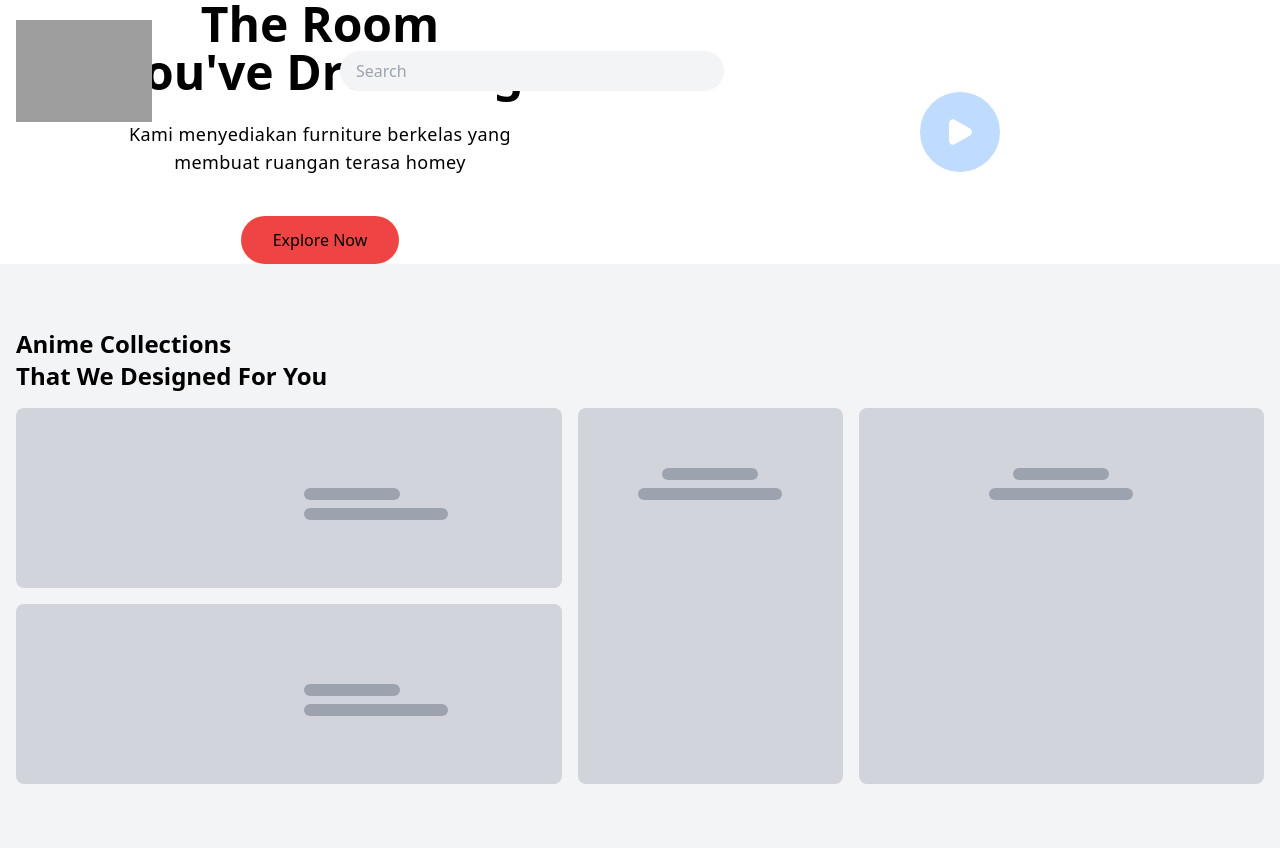
Repository: farrelmuhammad/anime-collections
Page: /
The author's editor kept a copy of each file at every save. The page is drawn from the files as they stood at one save, then again after the next save.
The browser window is 1280 px wide. The pictures show the whole page.
Pictures or frames that could not be fetched are drawn as grey boxes. The page's requests for data from a server got no answer. The project was rebuilt for these pictures with package versions that can differ from the ones it lists, and the page was loaded fresh each time. No one was signed in, and anything a server would have sent is missing. Also part of the build but not shown: src/App.css.

Above is the page before, as saved 2023-08-03 23:59:47.

### src/index.tsx
import React from 'react';
import ReactDOM from 'react-dom/client';
import "./assets/css/app.css";
import App from './App';
import reportWebVitals from './reportWebVitals';
import { BrowserRouter } from 'react-router-dom';

const root = ReactDOM.createRoot(
  document.getElementById('root') as HTMLElement
);
root.render(
  <React.StrictMode>
    <BrowserRouter>
      <App />
    </BrowserRouter>
  </React.StrictMode>
);

// If you want to start measuring performance in your app, pass a function
// to log results (for example: reportWebVitals(console.log))
// or send to an analytics endpoint. Learn more: https://bit.ly/CRA-vitals
reportWebVitals();

### src/assets/css/app.css
@import url("https://fonts.googleapis.com/css2?family=Open+Sans:wght@300;400;600&display=swap");
@tailwind base;
@tailwind components;
@tailwind utilities;

/* body {
  background-color: #16181f;
} */

/* utils */

.grid {
  grid-auto-flow: row dense;
  grid-auto-rows: minmax(180px, auto);
}

.stretched-link {
  @apply absolute inset-0 z-10;
}

/* card */

.card .card-shadow {
  @apply transition duration-300 shadow-none h-full;
}

.card:hover .card-shadow {
  @apply shadow-lg;
}

/* overlay */

.overlay {
  @apply absolute;
}

.overlay * {
  @apply transition-all duration-200;
}

.overlay.hoverable > * {
  @apply opacity-0;
}

.overlay.hoverable:hover > * {
  @apply opacity-100;
}

.overlay .video {
  @apply absolute transform bg-blue-200 bg-no-repeat bg-center w-20 h-20 rounded-full items-center justify-center flex -translate-x-1/2 -translate-y-1/2;
  background-image: url("../images/content/icon-play.svg#icon-play");
  top: 50%;
  left: 50%;
}

@media only screen and (max-width: 768px) {
  .hero .hero-image,
  .hero .hero-caption {
    min-height: 90vh;
  }
  .hero .hero-cta {
    @apply w-12 h-12;
    transform: translateX(-75px) translateY(-50%);
    background-size: 37.5%;
  }
}

/* breadcrumb */

ul.breadcrumb {
  @apply flex flex-row items-center text-lg;
}

ul.breadcrumb li:not(:last-child):after {
  content: "/";
  @apply px-4;
}

ul.breadcrumb li:not(:last-child) a {
  @apply font-light;
}

ul.breadcrumb li:last-child a {
  @apply font-semibold;
}

/* slider */

.slider {
  @apply flex my-4 flex-col;
}

.slider .thumbnail {
  @apply w-screen order-last -mx-2 overflow-auto flex pl-4;
}

.slider .thumbnail .item {
  @apply rounded relative rounded-lg mb-4 cursor-pointer;
  width: 106px;
  height: 106px;
}

.slider .thumbnail .item:after {
  content: "";
  @apply transition duration-200 absolute inset-0 bg-black bg-opacity-0 border-2 border-black border-opacity-0 rounded-lg;
}

.slider .thumbnail .item.selected:after {
  content: "";
  @apply bg-opacity-25 border-opacity-100;
}

.slider .preview {
  @apply mb-4 px-4;
  height: 320px;
}

@media only screen and (min-width: 768px) {
  .slider {
    @apply flex-row;
  }
  .slider .thumbnail {
    @apply w-auto order-first block overflow-visible pl-0;
  }
  .slider .preview {
    height: 600px;
    width: 560px;
  }
}

a.cart svg g circle.dot {
  @apply hidden;
}

a.cart.cart-filled svg g circle.dot {
  @apply block;
}

button[disabled] {
  @apply bg-gray-300 hover:bg-gray-300 text-gray-400 hover:text-gray-400 cursor-not-allowed;
}

section:not(.bg-gray-100) + section.sitemap > div {
  @apply border-t;
}

### src/App.tsx
import React from 'react';
import logo from './logo.svg';
import './App.css';
import { Routes, Route } from 'react-router-dom';
import Home from './pages/Home';

function App() {
  return (
    <>
      <Routes>
        <Route path="/" element={<Home />} />
      </Routes>
    </>
  );
}

export default App;

### src/pages/Home.tsx
import React from 'react'
import Header from '../parts/Header'
import Hero from '../parts/Home/Hero'
import Categories from '../parts/Home/Categories'

const Home = () => {
    return (
        <>
            <Header theme="white" position="absolute" />
            <Hero />
            <Categories />
        </>
    )
}

export default Home

### src/parts/Home/Hero.tsx
import React, { useState, useEffect } from "react";
import axios from "axios";

const Hero: React.FC = () => {
    const [randomImage, setRandomImage] = useState<string | null>(null);

    useEffect(() => {
        fetchRandomAnimeImage();
    }, []);

    const fetchRandomAnimeImage = async () => {
        try {
            const response = await axios.get("https://picsum.photos/800/600");
            console.log(response.request.responseURL);
            setRandomImage(response.request.responseURL);
        } catch (error) {
            console.error("Error fetching random image:", error);
        }
    };

    return (
        <section className="flex items-center hero">
            <div className="w-full absolute z-20 inset-0 md:relative md:w-1/2 text-center flex flex-col justify-center hero-caption">
                <h1 className="text-3xl md:text-5xl leading-tight font-semibold">
                    The Room <br className="" />
                    You've Dreaming
                </h1>
                <h2 className="px-8 text-base md:px-0 md:text-lg my-6 tracking-wide">
                    Kami menyediakan furniture berkelas yang
                    <br className="hidden lg:block" />
                    membuat ruangan terasa homey
                </h2>
                <div>
                    <a
                        href="#browse-the-room"
                        className="bg-red-500 text-black hover:bg-black hover:text-red-400 rounded-full px-8 py-3 mt-4 inline-block flex-none transition duration-200"
                    >
                        Explore Now
                    </a>
                </div>
            </div>
            <div className="w-full inset-0 md:relative md:w-1/2">
                <div className="relative hero-image">
                    <div className="overlay inset-0 bg-black opacity-35 z-10"></div>
                    <div className="overlay right-0 bottom-0 md:inset-0">
                        <button
                            className="video hero-cta focus:outline-none z-30 modal-trigger"
                            data-content='<div class="w-screen pb-56 md:w-88 md:pb-56 relative z-50">
              <div class="absolute w-full h-full">
                <iframe
                  width="100%"
                  height="100%"
                  src="https://www.youtube.com/embed/3h0_v1cdUIA"
                  frameborder="0"
                  allow="accelerometer; autoplay; clipboard-write; encrypted-media; gyroscope; picture-in-picture"
                  allowfullscreen
                ></iframe>
              </div>
            </div>'
                        ></button>
                    </div>
                    {randomImage && ( // Add this condition to render the image only when randomImage is not null
                        <img
                            src={randomImage}
                            alt="hero 1"
                            className="absolute inset-0 md:relative w-full h-full object-cover object-center"
                        />
                    )}
                </div>
            </div>
        </section>
    );
};

export default Hero;

### src/parts/Home/Categories.tsx
import React, { useEffect } from "react";
// import useAsync from "../../helpers/hooks/useAsync";
import fetch from "../../helpers/fetch";

interface Category {
    id: number;
    title: string;
    imageUrl: string;
    products: number;
    ratio: {
        default: string;
        md: string;
    };
}

interface CategoriesProps { }

function Loading({ ratio }: { ratio: any }) {
    const dummy = [
        {
            id: 1,
            ratio: {
                default: "1/9",
                md: "1/4",
            },
        },
        {
            id: 2,
            ratio: {
                default: "1/9",
                md: "2/2",
            },
        },
        {
            id: 3,
            ratio: {
                default: "1/9",
                md: "2/3",
            },
        },
        {
            id: 4,
            ratio: {
                default: "1/9",
                md: "1/4",
            },
        },
    ];

    return (
        <>
            {dummy.map((item, index) => (
                <div
                    key={item.id}
                    className={`relative card ${ratio?.wrapper.default?.[item.ratio.default]
                        } ${ratio?.wrapper.md?.[item.ratio.md]}`}
                    style={{ height: index === 0 ? 180 : "auto" }}
                >
                    <div className="bg-gray-300 rounded-lg w-full h-full">
                        <div className={`overlay  ${ratio?.meta?.[item.ratio.md]}`}>
                            <div className="w-24 h-3 bg-gray-400 mt-3 rounded-full"></div>
                            <div className="w-36 h-3 bg-gray-400 mt-2 rounded-full"></div>
                        </div>
                    </div>
                </div>
            ))}
        </>
    );
}

const Categories: React.FC<CategoriesProps> = () => {
    // const { data, status, error, run, isLoading } = useAsync<{ data: Category[] }>();

    // useEffect(() => {
    //     run(
    //         fetch({
    //             url: "/api/categories/?page=1&limit=4",
    //         })
    //     );
    // }, [run]);

    const ratioClassNames = {
        wrapper: {
            default: {
                "1/9": "col-span-9 row-span-1",
            },
            md: {
                "1/4": "md:col-span-4 md:row-span-1",
                "2/2": "md:col-span-2 md:row-span-2",
                "2/3": "md:col-span-3 md:row-span-2",
            },
        },
        meta: {
            "1/9":
                "left-0 top-0 bottom-0 flex justify-center flex-col pl-48 md:pl-72",
            "1/4":
                "left-0 top-0 bottom-0 flex justify-center flex-col pl-48 md:pl-72",
            "2/2":
                "inset-0 md:bottom-auto flex justify-center md:items-center flex-col pl-48 md:pl-0 pt-0 md:pt-12",
            "2/3":
                "inset-0 md:bottom-auto flex justify-center md:items-center flex-col pl-48 md:pl-0 pt-0 md:pt-12",
        },
    };

    return (
        <section className="flex bg-gray-100 py-16 px-4" id="browse-the-room">
            <div className="container mx-auto">
                <div className="flex flex-start mb-4">
                    <h3 className="text-2xl capitalize font-semibold">
                        Anime Collections <br className="" />
                        that we designed for you
                    </h3>
                </div>
                <div className="grid grid-rows-2 grid-cols-9 gap-4">
                    {/* {isLoading ? (
                    <Loading ratio={ratioClassNames} />
                ) : (
                    data?.data.map((item, index) => {
                        return (
                            <div
                                key={item.id}
                                className={`relative card ${ratioClassNames?.wrapper.default?.[item.ratio.default]
                                    } ${ratioClassNames?.wrapper.md?.[item.ratio.md]}`}
                                style={{ height: index === 0 ? 180 : "auto" }}
                            >
                                <div className="card-shadow rounded-xl">
                                    <img
                                        src={`../../assets/images/content/${item.imageUrl}`}
                                        alt={item.title}
                                        className="w-full h-full object-cover object-center overlay overflow-hidden rounded-xl"
                                    />
                                </div>
                                <div
                                    className={`overlay  ${ratioClassNames?.meta?.[item.ratio.md]
                                        }`}
                                >
                                    <h5 className="text-lg font-semibold">{item.title}</h5>
                                    <span className="">
                                        {item.products} item{item.products > 1 ? "s" : ""}
                                    </span>
                                </div>
                            </div>
                        );
                    })
                )} */}
                    <Loading ratio={ratioClassNames} />
                </div>
            </div>
        </section>
    );
};

export default Categories;

Loaded but not shown: public/index.html (common file); src/reportWebVitals.ts (common file); tailwind.config.js (common file); src/parts/Header.tsx (132 lines, source omitted)

After the next save:
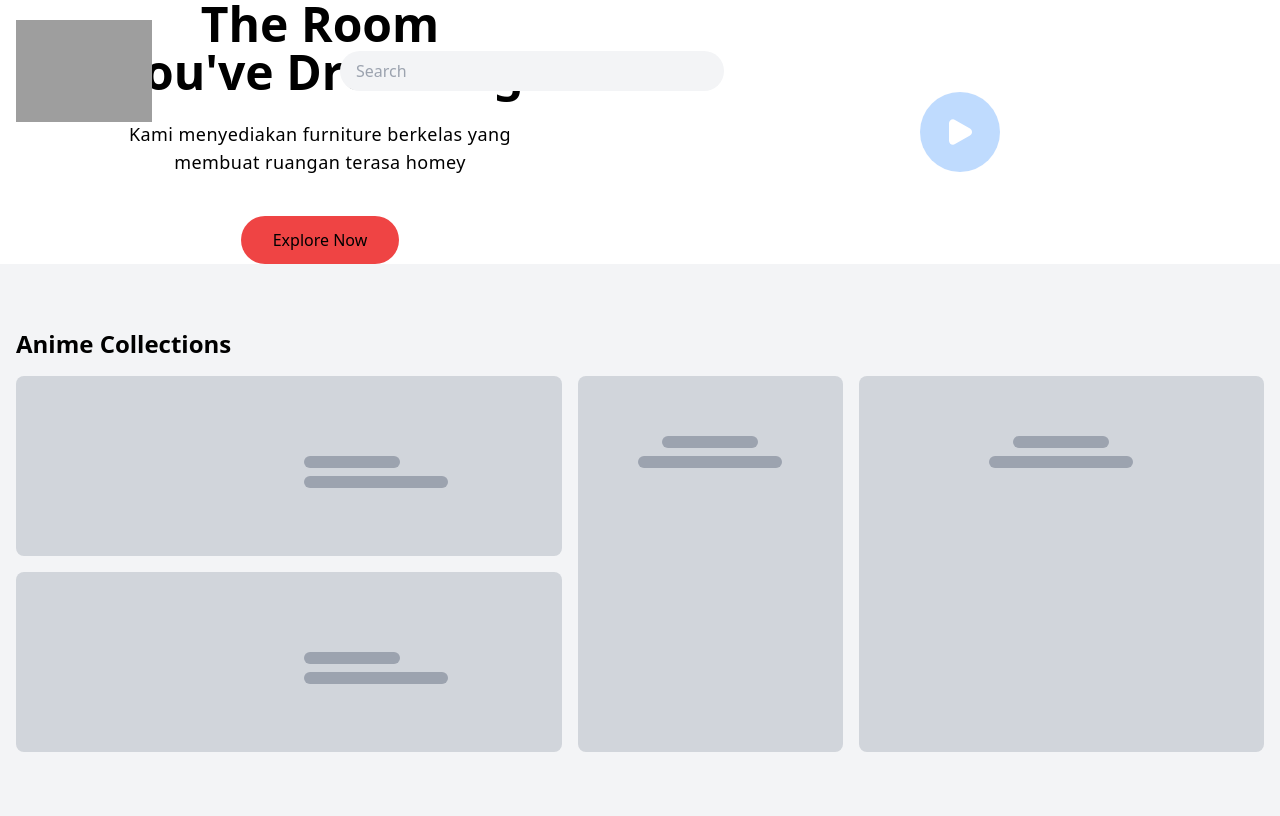
Saved 12 s later.
--- a/src/parts/Home/Categories.tsx
+++ b/src/parts/Home/Categories.tsx
@@ -107,8 +107,7 @@
             <div className="container mx-auto">
                 <div className="flex flex-start mb-4">
                     <h3 className="text-2xl capitalize font-semibold">
-                        Anime Collections <br className="" />
-                        that we designed for you
+                        Anime Collections
                     </h3>
                 </div>
                 <div className="grid grid-rows-2 grid-cols-9 gap-4">

After the save that followed:
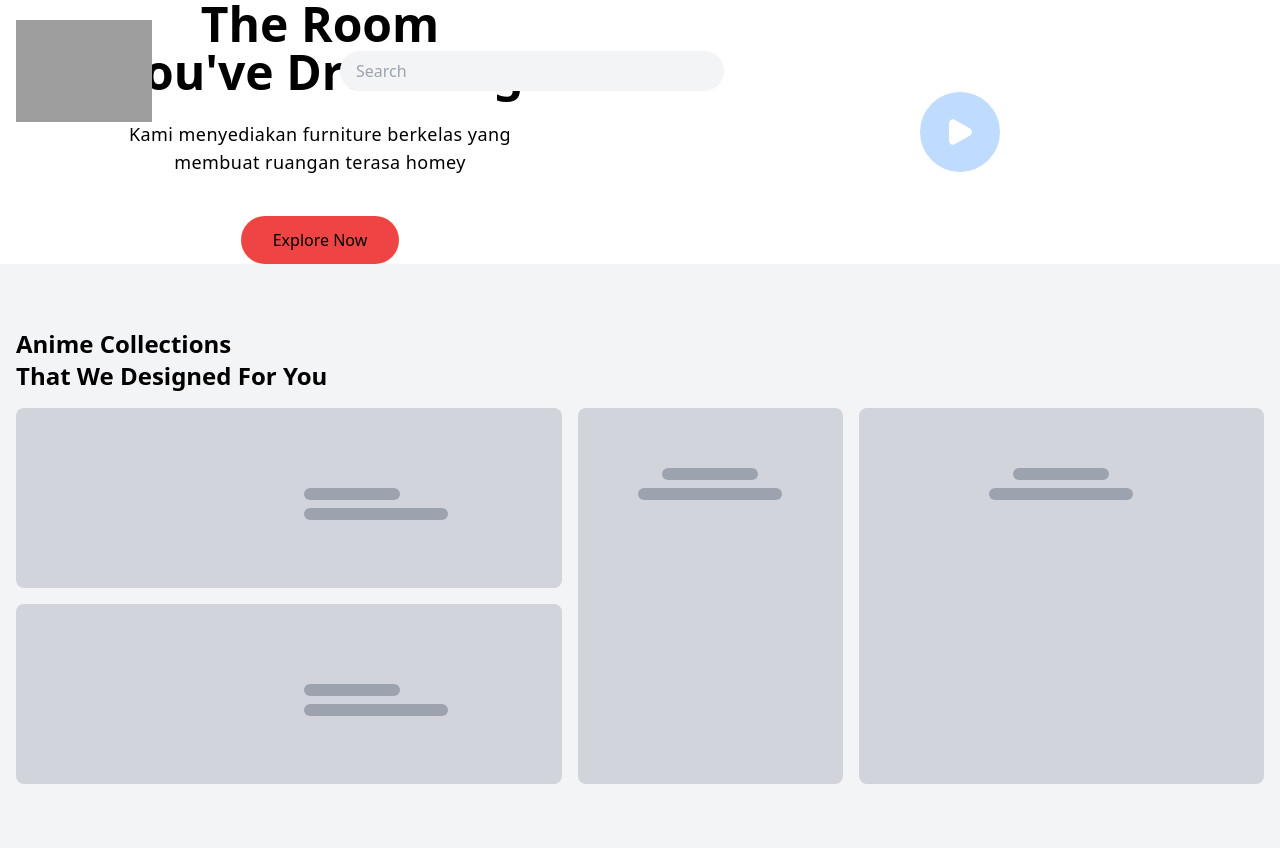
Saved 9 s later.
--- a/src/parts/Home/Categories.tsx
+++ b/src/parts/Home/Categories.tsx
@@ -107,7 +107,8 @@
             <div className="container mx-auto">
                 <div className="flex flex-start mb-4">
                     <h3 className="text-2xl capitalize font-semibold">
-                        Anime Collections
+                        Anime Collections <br className="" />
+                        that we designed for you
                     </h3>
                 </div>
                 <div className="grid grid-rows-2 grid-cols-9 gap-4">
